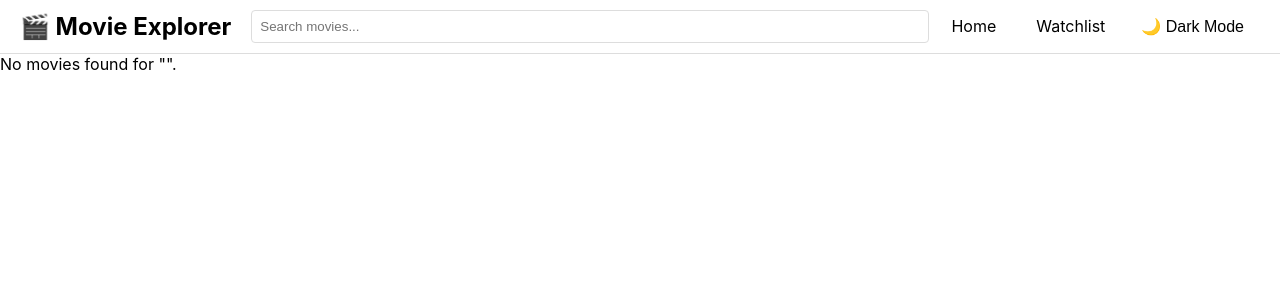
Repository: Akashmadhunala/Assignment-4-Movie_Explorer
Page: /search
An editor plug-in stored every save of this project. The page is shown before and after the next save, followed by the edit.
The browser window is 1280 px wide. The pictures show the whole page.
The project was rebuilt for these pictures with package versions that can differ from the ones it lists, and the page was loaded fresh each time. Also part of the build but not shown: src/components/styles/MovieCard.module.css, src/components/MovieCard.js, src/styles/Home.module.css, src/pages/Home.js, src/styles/MovieDetail.module.css, src/pages/MovieDetail.js, src/styles/Search.module.css, src/components/styles/Watchlist.module.css and 2 more.

Above is the page before, as saved 2024-10-21 18:12:16.

### public/index.html
<!DOCTYPE html>
<html lang="en">
<head>
    <meta charset="UTF-8" />
    <meta name="viewport" content="width=device-width, initial-scale=1.0" />
    <title>Movie Explorer</title>
</head>
<body>
    <noscript>You need to enable JavaScript to run this app.</noscript>
    <div id="root"></div>
</body>
</html>

### src/index.js
import React from 'react';
import ReactDOM from 'react-dom/client';
import { QueryClient, QueryClientProvider } from '@tanstack/react-query'; // Import QueryClient and QueryClientProvider
import App from './App';
import './index.css';

const queryClient = new QueryClient(); // Create a new QueryClient instance

const root = ReactDOM.createRoot(document.getElementById('root'));
root.render(
  <React.StrictMode>
    <QueryClientProvider client={queryClient}> {/* Wrap your App with QueryClientProvider */}
      <App />
    </QueryClientProvider>
  </React.StrictMode>
);

### src/App.js
import React, { useContext } from 'react';
import { BrowserRouter as Router, Route, Routes } from 'react-router-dom';
import { ThemeProvider, ThemeContext } from './context/ThemeContext';
import Navbar from './components/Navbar';
import Home from './pages/Home';
import MovieDetail from './pages/MovieDetail';
import Search from './pages/Search';
import WatchlistPage from './pages/WatchlistPage';
import './styles/global.css'; // Global styles

const AppContent = () => {
  const { theme } = useContext(ThemeContext); // Get current theme from context

  return (
    <div className={`app ${theme}`}> {/* Apply theme to entire app */}
      <Navbar />
      <Routes>
        <Route path="/" element={<Home />} />
        <Route path="/movie/:id" element={<MovieDetail />} />
        <Route path="/search" element={<Search />} />
        <Route path="/watchlist" element={<WatchlistPage />} />
      </Routes>
    </div>
  );
};

const App = () => {
  return (
    <ThemeProvider>
      <Router>
        <AppContent />
      </Router>
    </ThemeProvider>
  );
};

export default App;

### src/context/ThemeContext.js
import React, { createContext, useState, useEffect } from 'react';

export const ThemeContext = createContext();

export const ThemeProvider = ({ children }) => {
  const [theme, setTheme] = useState('light');

  const toggleTheme = () => {
    setTheme((prevTheme) => (prevTheme === 'light' ? 'dark' : 'light'));
  };

  // Save the theme preference in local storage
  useEffect(() => {
    const savedTheme = localStorage.getItem('theme');
    if (savedTheme) {
      setTheme(savedTheme);
    }
  }, []);

  useEffect(() => {
    localStorage.setItem('theme', theme);
  }, [theme]);

  return (
    <ThemeContext.Provider value={{ theme, toggleTheme }}>
      <div className={theme}>{children}</div>
    </ThemeContext.Provider>
  );
};

### src/components/Navbar.js
import React, { useContext, useState } from 'react';
import { Link, useNavigate } from 'react-router-dom';
import { ThemeContext } from '../context/ThemeContext';
import styles from './styles/Navbar.module.css';

const Navbar = () => {
  const { theme, toggleTheme } = useContext(ThemeContext);
  const [searchTerm, setSearchTerm] = useState('');
  const navigate = useNavigate();

  const handleSearch = (e) => {
    e.preventDefault();
    if (searchTerm) {
      navigate(`/search?query=${searchTerm}`);
    }
  };

  return (
    <nav className={styles.navbar}>
      <h1>🎬 Movie Explorer</h1>
      <form onSubmit={handleSearch}>
        <input
          type="text"
          value={searchTerm}
          onChange={(e) => setSearchTerm(e.target.value)}
          placeholder="Search movies..."
          className={styles.searchBar}
        />
      </form>
      <ul>
        <li><Link to="/">Home</Link></li>
        <li><Link to="/watchlist">Watchlist</Link></li>
        <li>
          <button onClick={toggleTheme} className={styles.themeToggle}>
            {theme === 'dark' ? '🌞 Light Mode' : '🌙 Dark Mode'}
          </button>
        </li>
      </ul>
    </nav>
  );
};

export default Navbar;

### src/pages/Search.js
import React from 'react';
import { useSearchParams } from 'react-router-dom';
import { useQuery } from '@tanstack/react-query';
import MovieCard from '../components/MovieCard';
import { searchMovies } from '../api/tmdbApi';
import styles from '../styles/Search.module.css';

const Search = () => {
  const [searchParams] = useSearchParams();
  const query = searchParams.get('query');

  // Fetch search results using React Query and TMDb API
  const { data, isLoading, error } = useQuery({
    queryKey: ['searchMovies', query], // Include search query in the queryKey
    queryFn: () => searchMovies(query), // Function to fetch movies based on the query
    enabled: !!query, // Only run this query if there is a search query
  });

  if (isLoading) return <div>Searching for movies...</div>;
  if (error) return <div>Error fetching search results.</div>;

  // Handle case when no movies are found
  if (!data || data.length === 0) {
    return <div>No movies found for "{query}".</div>;
  }

  return (
    <div className={styles.searchResults}>
      <h2>Search Results for "{query}"</h2>
      <div className={styles.movieList}>
        {data.map((movie) => (
          <MovieCard key={movie.id} movie={movie} />
        ))}
      </div>
    </div>
  );
};

export default Search;

### src/styles/global.css
/* global.css */
body {
  margin: 0;
  font-family: Arial, sans-serif;
  transition: background-color 0.3s, color 0.3s;
}

h1, h2, h3 {
  color: inherit;
}

nav {
  background-color: var(--bg-color);
  padding: 10px;
  border-bottom: 1px solid var(--border-color);
}

nav a {
  margin: 0 10px;
  text-decoration: none;
  color: var(--text-color);
}

/* Light Mode */
.light {
  --bg-color: #ffffff;
  --text-color: #000000;
  --border-color: #ddd;
}

/* Dark Mode */
.dark {
  --bg-color: #1e1e1e;
  --text-color: #ffffff;
  --border-color: #444;
}

.navbar {
  background-color: var(--bg-color);
  color: var(--text-color);
}

input, button {
  background-color: var(--bg-color);
  color: var(--text-color);
  border: 1px solid var(--border-color);
}

### src/components/styles/Navbar.module.css
.navbar {
  display: flex;
  justify-content: space-between;
  align-items: center;
  padding: 10px 20px;
  background-color: var(--navbar-background);
  border-bottom: 1px solid #ddd;
}

.navbar h1 {
  font-size: 1.5rem;
  margin: 0;
}

.navbar form {
  flex: 1;
  margin: 0 20px;
}

.navbar input {
  width: 100%;
  padding: 8px;
  border: 1px solid #ddd;
  border-radius: 4px;
}

.navbar ul {
  list-style: none;
  display: flex;
  margin: 0;
  padding: 0;
}

.navbar li {
  margin: 0 10px;
}

.navbar .themeToggle {
  background-color: transparent;
  border: none;
  cursor: pointer;
  font-size: 1rem;
}

### src/api/tmdbApi.js
const API_KEY = process.env.REACT_APP_TMDB_API_KEY;
const BASE_URL = 'https://api.themoviedb.org/3';

export const getTrendingMovies = async () => {
  const response = await fetch(`${BASE_URL}/trending/movie/week?api_key=${API_KEY}`);
  if (!response.ok) {
    throw new Error('Failed to fetch movies');
  }
  const data = await response.json();
  return data.results; // return the list of movies
};

export const getMovieDetails = async (id) => {
  const response = await fetch(`${BASE_URL}/movie/${id}?api_key=${API_KEY}`);
  if (!response.ok) {
    throw new Error('Failed to fetch movie details');
  }
  return response.json();
};

export const searchMovies = async (query) => {
  const response = await fetch(`${BASE_URL}/search/movie?api_key=${API_KEY}&query=${query}`);
  if (!response.ok) {
    throw new Error('Failed to search movies');
  }
  const data = await response.json();
  return data.results;
};

Loaded but not shown: src/index.css (common file)

After the next save:
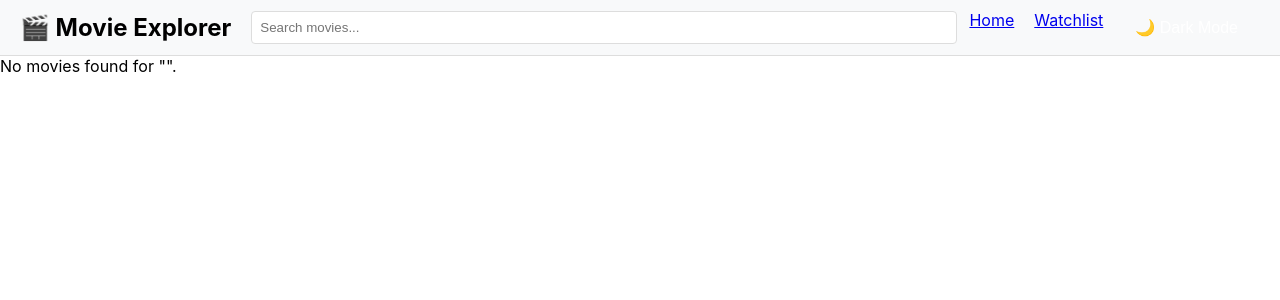
Saved 2 min 9 s later.
--- a/src/styles/global.css
+++ b/src/styles/global.css
@@ -1,47 +1,54 @@
-/* global.css */
-body {
-  margin: 0;
-  font-family: Arial, sans-serif;
-  transition: background-color 0.3s, color 0.3s;
+/* Global CSS for light and dark mode */
+
+.light {
+  --background-color: #ffffff;
+  --text-color: #000000;
+  --navbar-background: #f8f9fa;
+  --button-background: #007bff;
+  --button-hover-background: #0056b3;
 }
 
-h1, h2, h3 {
-  color: inherit;
+.dark {
+  --background-color: #181818;
+  --text-color: #f1f1f1;
+  --navbar-background: #333333;
+  --button-background: #28a745;
+  --button-hover-background: #218838;
 }
 
-nav {
-  background-color: var(--bg-color);
-  padding: 10px;
-  border-bottom: 1px solid var(--border-color);
+/* Apply the theme colors to the entire page */
+body, .app {
+  background-color: var(--background-color);
+  color: var(--text-color);
+  transition: background-color 0.3s ease, color 0.3s ease;
+  margin: 0;
+  padding: 0;
 }
 
-nav a {
-  margin: 0 10px;
-  text-decoration: none;
-  color: var(--text-color);
+button {
+  background-color: var(--button-background);
+  color: #fff;
+  border: none;
+  padding: 8px 12px;
+  border-radius: 4px;
+  cursor: pointer;
 }
 
-/* Light Mode */
-.light {
-  --bg-color: #ffffff;
-  --text-color: #000000;
-  --border-color: #ddd;
-}
-
-/* Dark Mode */
-.dark {
-  --bg-color: #1e1e1e;
-  --text-color: #ffffff;
-  --border-color: #444;
+button:hover {
+  background-color: var(--button-hover-background);
 }
 
 .navbar {
-  background-color: var(--bg-color);
-  color: var(--text-color);
+  background-color: var(--navbar-background);
+  padding: 10px;
 }
 
-input, button {
-  background-color: var(--bg-color);
+input {
+  background-color: var(--background-color);
   color: var(--text-color);
-  border: 1px solid var(--border-color);
+  border: 1px solid #ccc;
+  padding: 8px;
+  border-radius: 4px;
 }
+
+/* Ensure other components, like cards or sections, inherit these variables */
